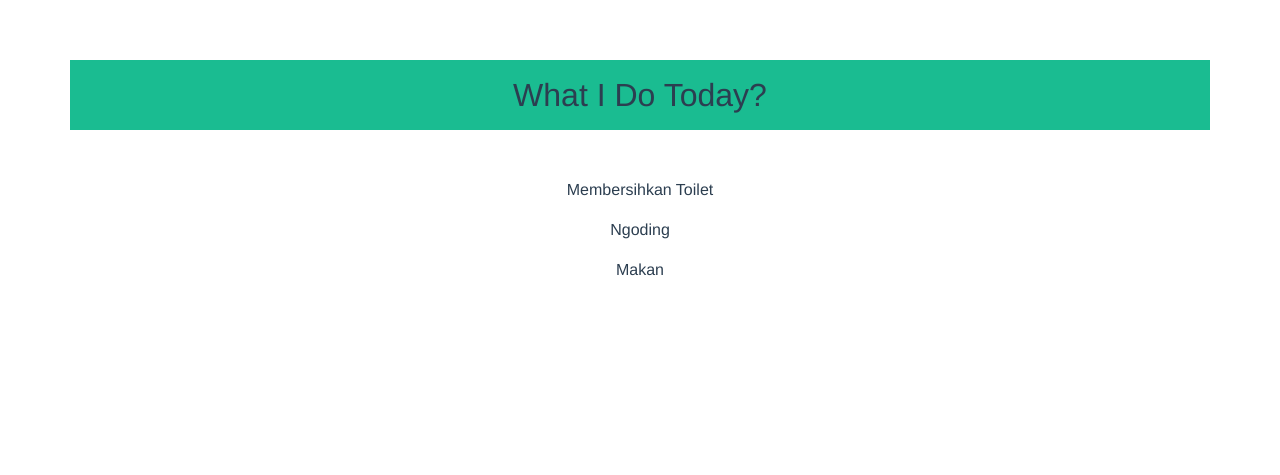
Repository: AdiPrimanto/praxis-academy
Page: / (app in novice/03-05/todolist/)
These files come from the project's save history. The page is drawn as it stood at one moment and after a run of saves; the edit follows.
The browser window is 1280 px wide. The pictures show the whole page.
The project was rebuilt for these pictures with package versions that can differ from the ones it lists, and the page was loaded fresh each time.

Above is the page before, as saved 2019-11-29 14:27:32.

### novice/03-05/todolist/src/App.vue
<template>
  <div id="app">
    <div class="container">
      <div class="row header mb-5 p-3">
        <div class="col-12">
          <h2>What I Do Today? </h2>
        </div>
      </div>
      <div class="row content">
        <div class="col-12">
          <div class="pekerjaan-rumah">
            <div v-for="tugasSaya in tugas" v-bind:key="tugasSaya.id" class="tugas">
              <p>{{tugasSaya.nama}}</p>
            </div>
          </div>
        </div>
      </div>
    </div>


  </div>
</template>

<script>
  import 'bootstrap/dist/css/bootstrap.css'

  export default {
    name: 'app',
    //membuat data json
    //v-for dilakukan jk memiliki array di dalam data:
    data: function () {
      return {
        tugas: [{
            id: 1,
            nama: 'Membersihkan Toilet',
            isDone: false
          },
          {
            id: 2,
            nama: 'Ngoding',
            isDone: false
          },
          {
            id: 3,
            nama: 'Makan',
            isDone: false
          }
        ]
      };
    },
    components: {

    }
  }
</script>

<style>
  #app {
    font-family: 'Avenir', Helvetica, Arial, sans-serif;
    -webkit-font-smoothing: antialiased;
    -moz-osx-font-smoothing: grayscale;
    text-align: center;
    color: #2c3e50;
    margin-top: 60px;
  }
  .header{
    background: #1abc91;
  }
  .header h2{
    margin: 0;
  }
</style>

Loaded but not shown: novice/03-05/todolist/public/index.html (common file); novice/03-05/todolist/src/main.js (common file)

After the next 2 saves:
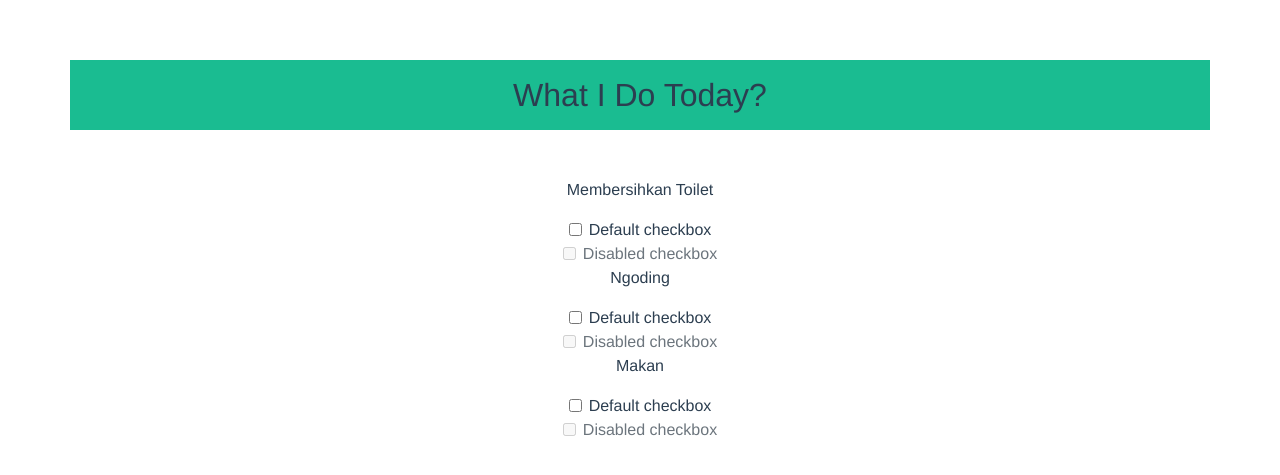
The 2 saves are shown as one change because they came seconds apart.
The last was saved 8 min 59 s later.
--- a/novice/03-05/todolist/src/App.vue
+++ b/novice/03-05/todolist/src/App.vue
@@ -11,6 +11,18 @@
           <div class="pekerjaan-rumah">
             <div v-for="tugasSaya in tugas" v-bind:key="tugasSaya.id" class="tugas">
               <p>{{tugasSaya.nama}}</p>
+              <div class="form-check">
+                <input class="form-check-input" type="checkbox" value="" id="defaultCheck1">
+                <label class="form-check-label" for="defaultCheck1">
+                  Default checkbox
+                </label>
+              </div>
+              <div class="form-check">
+                <input class="form-check-input" type="checkbox" value="" id="defaultCheck2" disabled>
+                <label class="form-check-label" for="defaultCheck2">
+                  Disabled checkbox
+                </label>
+              </div>
             </div>
           </div>
         </div>
@@ -63,10 +75,12 @@
     color: #2c3e50;
     margin-top: 60px;
   }
-  .header{
+
+  .header {
     background: #1abc91;
   }
-  .header h2{
+
+  .header h2 {
     margin: 0;
   }
 </style>
